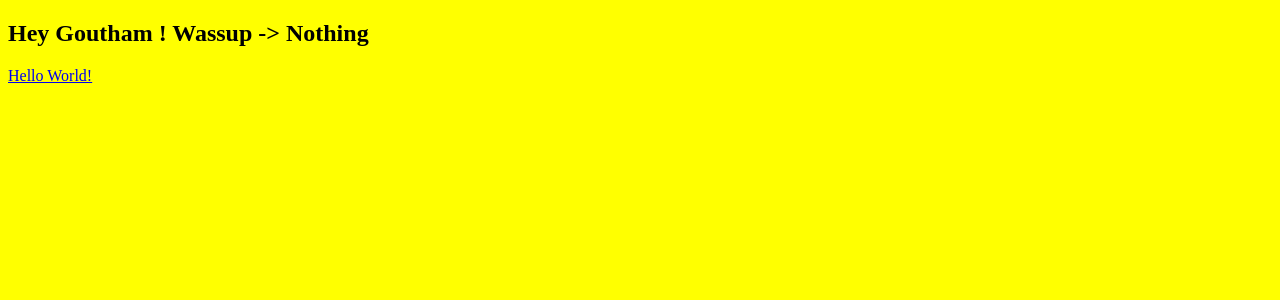
Repository: SaiGouthamVaddi/Visa-Training
Page: mywebapp/src/main/webapp/index.html
An editor plug-in stored every save of this project. The page is shown before and after the next save, followed by the edit.
The browser window is 1280 px wide. The pictures show the whole page.

Above is the page before, as saved 2019-07-16 05:16:35.

### mywebapp/src/main/webapp/index.html
<!DOCTYPE html>
<html>
<head>
<meta charset="UTF-8">
<title>V-I-S-A</title>
</head>
<body bgcolor = "yellow">

<h2>Hey Goutham ! Wassup -> Nothing</h2>
<a href=hello>Hello World!</a><br>

</body>
</html>

After the next save:
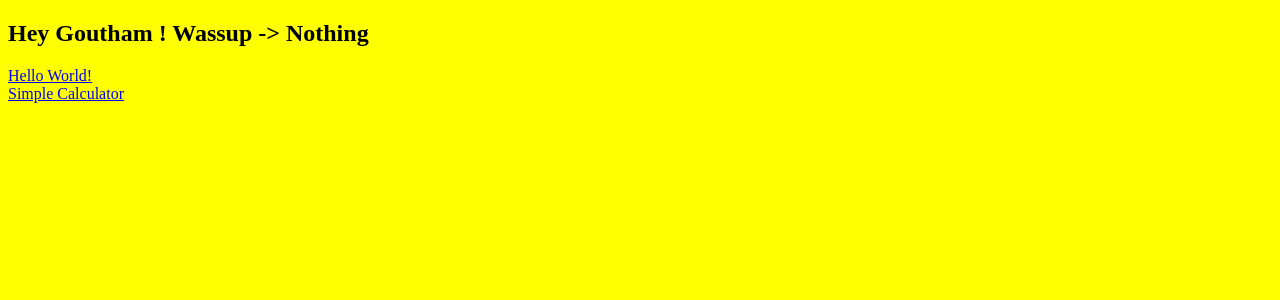
Saved 48 min 1 s later.
--- a/mywebapp/src/main/webapp/index.html
+++ b/mywebapp/src/main/webapp/index.html
@@ -9,5 +9,7 @@
 <h2>Hey Goutham ! Wassup -> Nothing</h2>
 <a href=hello>Hello World!</a><br>
 
+<a href = calc.html>Simple Calculator</a><br>
+
 </body>
 </html>
